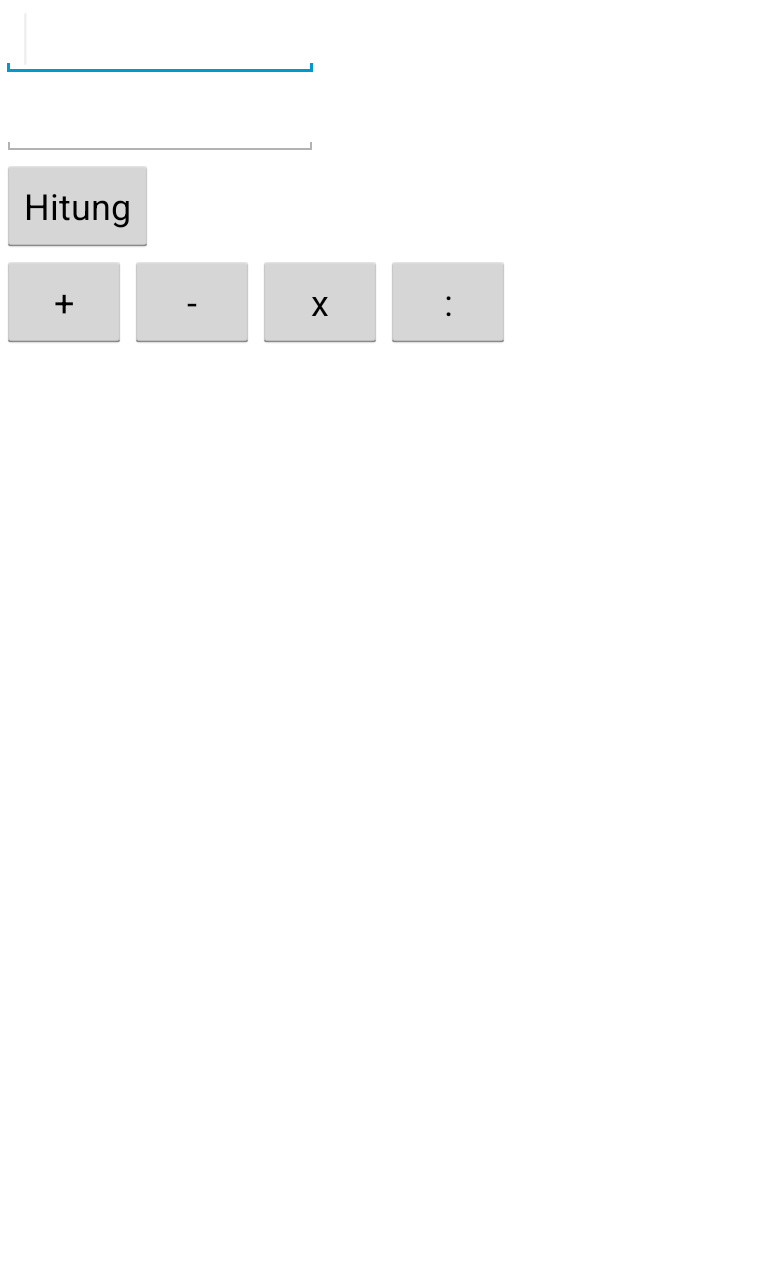
Repository: hako-975/kelompok10-eclipse-mobile-programming
Layout: hitung_angka/res/layout/activity_hitung_angka.xml
These files come from the project's save history. The layout is drawn as it stood at one moment and after the next save; the edit follows.
It is drawn on a 768 x 1280 px phone screen (xhdpi) without system bars, with theme AppTheme; the app's code is not run.

Above is the layout before, as saved 2023-06-14 03:20:39.

After the next save:
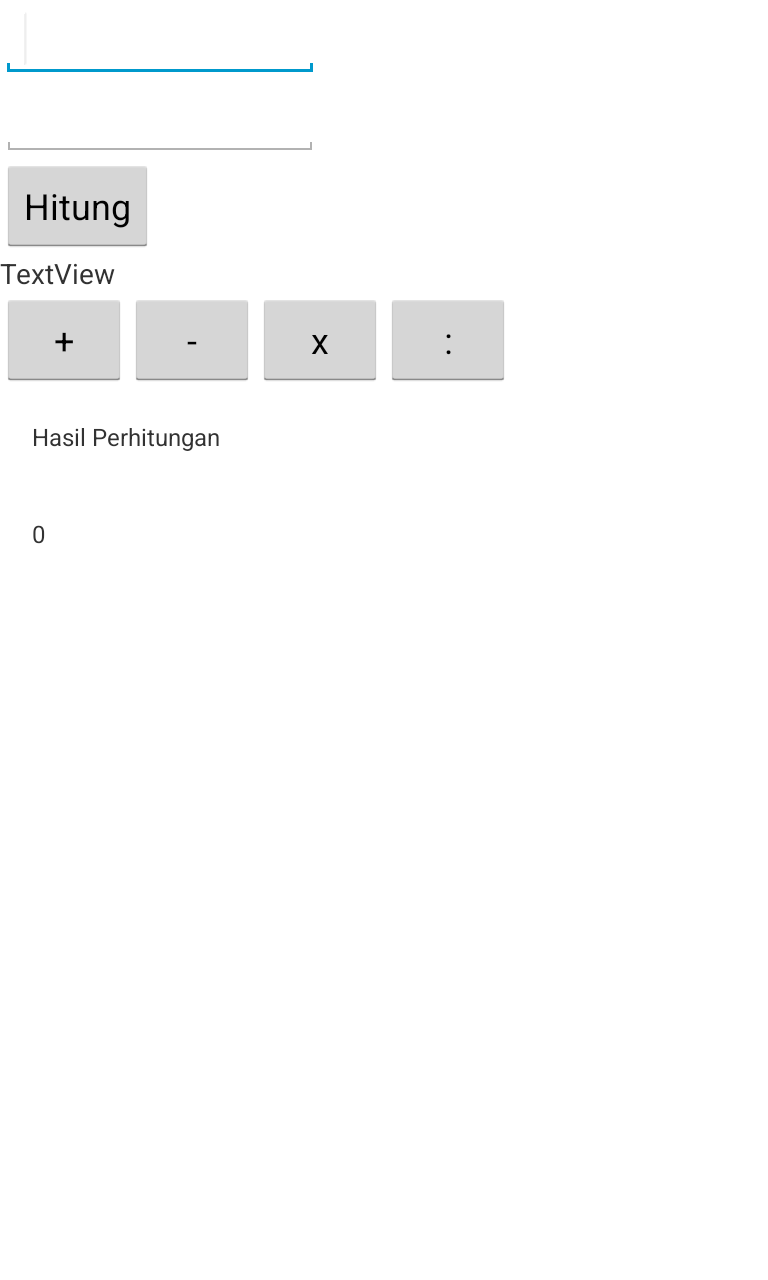
Saved 4 min 3 s later.
--- a/hitung_angka/res/layout/activity_hitung_angka.xml
+++ b/hitung_angka/res/layout/activity_hitung_angka.xml
@@ -4,6 +4,7 @@
     android:layout_height="match_parent" >
 
     <LinearLayout
+        android:id="@+id/linearLayout1"
         android:layout_width="wrap_content"
         android:layout_height="wrap_content"
         android:layout_alignParentLeft="true"
@@ -29,8 +30,14 @@
             android:id="@+id/hitung"
             android:layout_width="wrap_content"
             android:layout_height="wrap_content"
-            android:text="Hitung"
-            android:onClick="klikHasil"/>
+            android:onClick="klikHasil"
+            android:text="Hitung" />
+
+        <TextView
+            android:id="@+id/operan"
+            android:layout_width="wrap_content"
+            android:layout_height="wrap_content"
+            android:text="TextView" />
 
         <LinearLayout
             android:layout_width="match_parent"
@@ -40,32 +47,53 @@
                 android:id="@+id/tambah"
                 android:layout_width="wrap_content"
                 android:layout_height="wrap_content"
-                android:text="+"
-	            android:onClick="klikTambah"/>
+                android:onClick="klikTambah"
+                android:text="+" />
 
             <Button
                 android:id="@+id/kurang"
                 android:layout_width="wrap_content"
                 android:layout_height="wrap_content"
-                android:text="-"
-                android:onClick="klikKurang"/>
+                android:onClick="klikKurang"
+                android:text="-" />
 
             <Button
                 android:id="@+id/kali"
                 android:layout_width="wrap_content"
                 android:layout_height="wrap_content"
-                android:text="x"
-                android:onClick="klikKali"/>
+                android:onClick="klikKali"
+                android:text="x" />
 
             <Button
                 android:id="@+id/bagi"
                 android:layout_width="wrap_content"
                 android:layout_height="wrap_content"
-                android:text=":"
-                android:onClick="klikBagi"/>
+                android:onClick="klikBagi"
+                android:text=":" />
+        </LinearLayout>
+
+        <LinearLayout
+            android:layout_width="match_parent"
+            android:layout_height="wrap_content"
+            android:orientation="vertical" >
+
+            <TextView
+                android:id="@+id/textView1"
+                android:layout_width="wrap_content"
+                android:layout_height="wrap_content"
+                android:padding="16dp"
+                android:text="Hasil Perhitungan"
+                android:textSize="24px" />
+
+            <TextView
+                android:id="@+id/hasil"
+                android:layout_width="wrap_content"
+                android:layout_height="wrap_content"
+                android:padding="16dp"
+                android:text="0"
+                android:textSize="24px" />
 
         </LinearLayout>
-
     </LinearLayout>
 
 </RelativeLayout>
